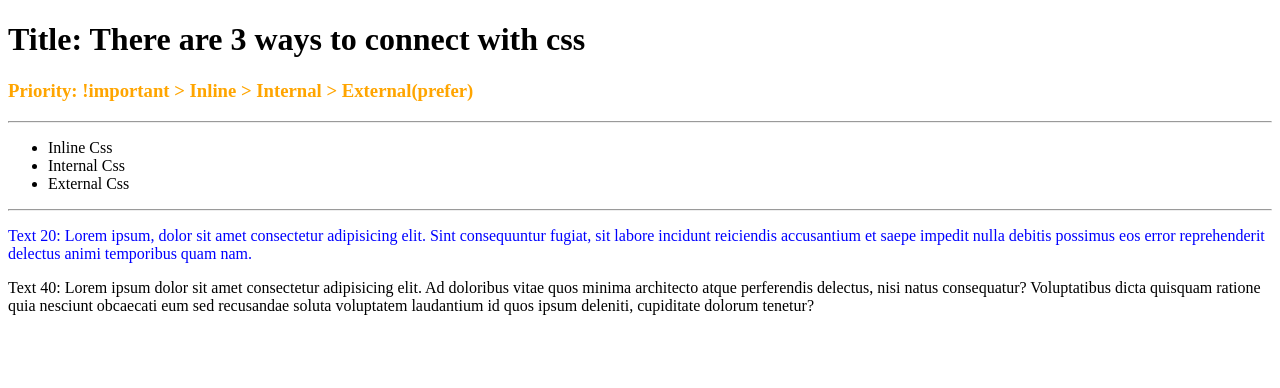
Repository: j4tdn/java18-repository
Page: 2. CSS3/ex02-css-selector-class-id.html
The author's editor kept a copy of each file at every save. The page is drawn from the files as they stood at one save, then again after the next save.
The browser window is 1280 px wide. The pictures show the whole page.

Above is the page before, as saved 2023-10-21 17:51:07.

### 2. CSS3/ex02-css-selector-class-id.html
<!DOCTYPE html>
<html lang="en">
  <head>
    <meta charset="UTF-8" />
    <meta name="viewport" content="width=device-width, initial-scale=1.0" />
    <title>Ex02 - Css Selector class id</title>
    <link rel="stylesheet" href="css/style-base.css" />
    <link rel="stylesheet" href="css/utils.css" />
  </head>
  <body>
    <!-- html comments -->
    <div id="page-header">
      <h1>Title: There are 3 ways to connect with css</h1>
      <h3 class="text-orange">
        Priority: !important > Inline > Internal > External(prefer)
      </h3>
    </div>

    <hr />

    <div id="page-main">
      <ul>
        <li>Inline Css</li>
        <li>Internal Css</li>
        <li>External Css</li>
      </ul>
      <hr />
      <p class="text-blue">
        Text 20: Lorem ipsum, dolor sit amet consectetur adipisicing elit. Sint
        consequuntur fugiat, sit labore incidunt reiciendis accusantium et saepe
        impedit nulla debitis possimus eos error reprehenderit delectus animi
        temporibus quam nam.
      </p>
      <p>
        Text 40: Lorem ipsum dolor sit amet consectetur adipisicing elit. Ad
        doloribus vitae quos minima architecto atque perferendis delectus, nisi
        natus consequatur? Voluptatibus dicta quisquam ratione quia nesciunt
        obcaecati eum sed recusandae soluta voluptatem laudantium id quos ipsum
        deleniti, cupiditate dolorum tenetur?
      </p>
    </div>
  </body>
</html>

### 2. CSS3/css/style-base.css
/* Chỉ có thẻ p với class là text20 mới ăn */
/* p[class="text20"] {
  color: blue;
} */
/* p.text20 {
  color: blue;
} */
/* Tất cả tag với class là text20 */
/* .text20 {
  color: blue;
} */

### 2. CSS3/css/utils.css
.text-green {
  color: green;
}
.text-blue {
  color: blue;
}
.text-orange {
  color: orange;
}

After the next save:
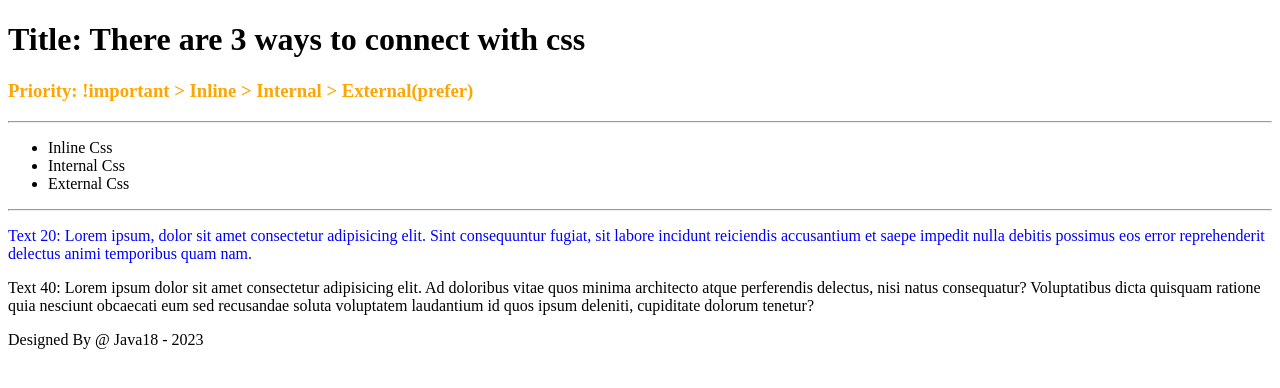
Saved 55 s later.
--- a/2. CSS3/ex02-css-selector-class-id.html
+++ b/2. CSS3/ex02-css-selector-class-id.html
@@ -39,5 +39,8 @@
         deleniti, cupiditate dolorum tenetur?
       </p>
     </div>
+    <div id="page-footer">
+      <p>Designed By @ Java18 - 2023</p>
+    </div>
   </body>
 </html>
